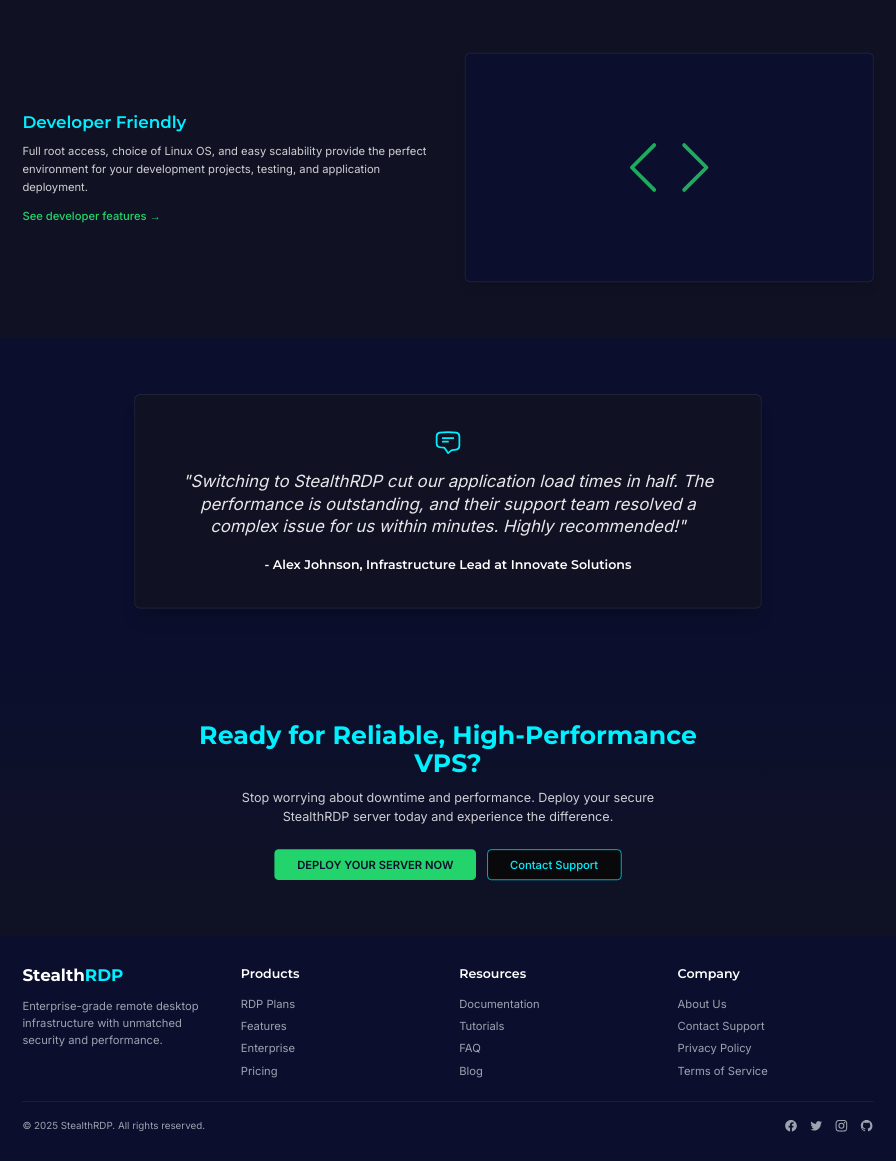
Repository: Husnainn01/stealthrdp2
Page: /
The author's editor kept a copy of each file at every save. The page is drawn from the files as they stood at one save, then again after the next save.
The browser window is 1280 px wide. The pictures show the part of the page from y = 2946 to 4866 px (the page is 4604 px tall before and 4866 px after), at 70% of full size.
The project was rebuilt for these pictures with package versions that can differ from the ones it lists, and the page was loaded fresh each time. Also part of the build but not shown: vite.config.ts, src/components/ui/tooltip.tsx, src/components/ui/accordion.tsx, src/pages/FAQ.tsx, src/components/ui/card.tsx, src/components/ui/tabs.tsx, src/pages/Plans.tsx, src/pages/Features.tsx and 1 more.

Above is the page before, as saved 2025-05-05 23:28:21.

### index.html
<!DOCTYPE html>
<html lang="en">
  <head>
    <meta charset="UTF-8" />
    <meta name="viewport" content="width=device-width, initial-scale=1.0" />
    <title>stealth-digital-revamp</title>
    <meta name="description" content="Lovable Generated Project" />
    <meta name="author" content="Lovable" />

    <meta property="og:title" content="stealth-digital-revamp" />
    <meta property="og:description" content="Lovable Generated Project" />
    <meta property="og:type" content="website" />
    <meta property="og:image" content="https://lovable.dev/opengraph-image-p98pqg.png" />

    <meta name="twitter:card" content="summary_large_image" />
    <meta name="twitter:site" content="@lovable_dev" />
    <meta name="twitter:image" content="https://lovable.dev/opengraph-image-p98pqg.png" />
  </head>

  <body>
    <div id="root"></div>
    <!-- IMPORTANT: DO NOT REMOVE THIS SCRIPT TAG OR THIS VERY COMMENT! -->
    <script src="https://cdn.gpteng.co/gptengineer.js" type="module"></script>
    <script type="module" src="/src/main.tsx"></script>

    <!--Start of Tawk.to Script-->
    <script type="text/javascript">
    var Tawk_API=Tawk_API||{}, Tawk_LoadStart=new Date();
    (function(){
    var s1=document.createElement("script"),s0=document.getElementsByTagName("script")[0];
    s1.async=true;
    s1.src='https://embed.tawk.to/67aadec4825083258e1318e0/1ijpnccj4';
    s1.charset='UTF-8';
    s1.setAttribute('crossorigin','*');
    s0.parentNode.insertBefore(s1,s0);
    })();
    </script>
    <!--End of Tawk.to Script-->
  </body>
</html>

### src/components/ScrollToTop.tsx
import { useEffect } from 'react';
import { useLocation } from 'react-router-dom';

// This component scrolls to the top of the page when the route changes
const ScrollToTop = () => {
  const { pathname } = useLocation();

  useEffect(() => {
    // Scroll to top with smooth behavior
    window.scrollTo({
      top: 0,
      left: 0,
      behavior: 'smooth'
    });
  }, [pathname]);

  return null; // This component doesn't render anything
};

export default ScrollToTop;

### src/pages/Index.tsx
import React from 'react';
import { Link } from 'react-router-dom';
import Layout from '@/components/Layout';
import { Button } from '@/components/ui/button';
import { Check, Zap, ShieldCheck, Clock, Users, Code } from 'lucide-react';

const Index = () => {
  return (
    <Layout>
      {/* 1. Hero Section */}
      <section className="pt-24 pb-16 md:pt-32 md:pb-24 relative overflow-hidden bg-gradient-to-b from-charcoal to-midnight">
        <div className="absolute inset-0 z-0 opacity-30 bg-[radial-gradient(#22D46B1A_1px,transparent_1px)] [background-size:24px_24px]"></div>
        <div className="container relative z-10">
          <div className="max-w-4xl mx-auto text-center">
            <h1 className="text-4xl md:text-5xl lg:text-6xl font-bold font-montserrat mb-6 text-electric fade-in">
              Blazing-Fast & Secure VPS Hosting
            </h1>
            <p className="text-white/80 text-lg md:text-xl mb-8 fade-in" style={{ animationDelay: '0.2s' }}>
              Instant deployment, NVMe SSD speed, robust DDoS protection, 99.9% uptime guarantee, and expert 24/7 support.
            </p>
            <div className="flex flex-col sm:flex-row justify-center gap-4 mb-6 fade-in" style={{ animationDelay: '0.4s' }}>
              <Button asChild size="lg" className="bg-cyber text-midnight hover:bg-cyber/90 font-bold uppercase text-base px-8 py-3">
                <Link to="/plans">Deploy Your Server Now</Link>
              </Button>
              <Button asChild variant="outline" size="lg" className="border-electric text-electric hover:bg-electric/10 text-base px-8 py-3">
                <Link to="/plans">View Plans & Pricing</Link>
              </Button>
            </div>
            {/* Trust Signals */}
            <div className="flex flex-wrap justify-center items-center gap-x-4 gap-y-2 md:gap-x-6 text-white/60 text-sm fade-in" style={{ animationDelay: '0.6s' }}>
              <span className="flex items-center gap-1.5 whitespace-nowrap"><Check size={16} /> Instant Setup</span>
              <span className="flex items-center gap-1.5 whitespace-nowrap"><ShieldCheck size={16} /> 99.9% Uptime</span>
              <span className="flex items-center gap-1.5 whitespace-nowrap"><Users size={16} /> 24/7 Support</span>
            </div>
          </div>
        </div>
      </section>

      {/* 2. Trust/Client Logo Bar */}
      <section className="py-8 bg-midnight">
        <div className="container">
          <p className="text-center text-white/50 text-sm font-montserrat uppercase tracking-wider mb-6">Powering Businesses Worldwide</p>
          <div className="grid grid-cols-3 md:grid-cols-6 gap-8 items-center max-w-4xl mx-auto">
            {[1, 2, 3, 4, 5, 6].map((i) => (
              <div key={i} className="flex justify-center">
                <span className="font-montserrat text-white/50 text-sm md:text-base opacity-70 hover:opacity-100 transition-opacity">
                  Client {i}
                </span>
              </div>
            ))}
          </div>
        </div>
      </section>

      {/* 3. Key Differentiators/Why Us? */}
      <section className="bg-charcoal py-16 md:py-20">
        <div className="container">
          <h2 className="text-3xl md:text-4xl font-bold font-montserrat text-center mb-12 text-white">
            Why Choose StealthRDP?
          </h2>
          <div className="grid grid-cols-1 md:grid-cols-2 lg:grid-cols-4 gap-8">
            {/* Feature 1: Performance */}
            <div className="text-center p-6 rounded-lg bg-midnight/50 border border-white/10 card-hover">
              <Zap className="h-10 w-10 text-cyber mx-auto mb-4" strokeWidth={1.5} />
              <h3 className="text-xl font-semibold font-montserrat text-white mb-2">Unmatched Performance</h3>
              <p className="text-white/70 text-sm leading-relaxed">
                Experience lightning-fast speeds with our NVMe SSDs and high-performance CPU cores, optimized for demanding workloads.
              </p>
            </div>
            {/* Feature 2: Security */}
            <div className="text-center p-6 rounded-lg bg-midnight/50 border border-white/10 card-hover">
              <ShieldCheck className="h-10 w-10 text-electric mx-auto mb-4" strokeWidth={1.5} />
              <h3 className="text-xl font-semibold font-montserrat text-white mb-2">Rock-Solid Security</h3>
              <p className="text-white/70 text-sm leading-relaxed">
                Benefit from robust DDoS protection, secure network infrastructure, and proactive monitoring to keep your data safe.
              </p>
            </div>
            {/* Feature 3: Deployment */}
            <div className="text-center p-6 rounded-lg bg-midnight/50 border border-white/10 card-hover">
              <Clock className="h-10 w-10 text-cyber mx-auto mb-4" strokeWidth={1.5} />
              <h3 className="text-xl font-semibold font-montserrat text-white mb-2">Instant Deployment</h3>
              <p className="text-white/70 text-sm leading-relaxed">
                Get your VPS server up and running in minutes after checkout. No waiting, just immediate access.
              </p>
            </div>
            {/* Feature 4: Support */}
            <div className="text-center p-6 rounded-lg bg-midnight/50 border border-white/10 card-hover">
              <Users className="h-10 w-10 text-electric mx-auto mb-4" strokeWidth={1.5} />
              <h3 className="text-xl font-semibold font-montserrat text-white mb-2">Expert Support</h3>
              <p className="text-white/70 text-sm leading-relaxed">
                Our knowledgeable support team is available 24/7 via ticket or chat to assist with any issues or questions.
              </p>
            </div>
          </div>
        </div>
      </section>

      {/* 4. Simplified Plans Preview */}
      <section className="py-16 md:py-20 bg-midnight">
        <div className="container">
          <div className="text-center mb-12">
            <h2 className="text-3xl md:text-4xl font-bold font-montserrat mb-4 text-white">
              Find Your Perfect VPS Plan
            </h2>
            <p className="text-white/80 max-w-2xl mx-auto">
              Simple, powerful plans designed for performance and reliability. All include DDoS protection & 24/7 support.
            </p>
          </div>

          <div className="grid grid-cols-1 md:grid-cols-3 gap-8 max-w-6xl mx-auto">
            {/* Plan 1: Bronze */}
            <div className="bg-midnight border border-white/10 rounded-xl overflow-hidden card-hover flex flex-col">
              <div className="p-6 flex-grow">
                <h3 className="text-xl font-bold font-montserrat text-white mb-1">Bronze</h3>
                <p className="text-white/70 text-sm mb-4">Great for small projects & testing</p>
                <div className="flex items-baseline mb-4">
                  <span className="text-4xl font-bold text-white">$15</span>
                  <span className="text-white/60 ml-1 text-sm">/month</span>
                </div>
                <ul className="space-y-3 mb-6 text-sm">
                  <li className="flex items-center gap-2"><Check className="h-4 w-4 text-cyber flex-shrink-0" /><span className="text-white/80">2 vCPU Cores</span></li>
                  <li className="flex items-center gap-2"><Check className="h-4 w-4 text-cyber flex-shrink-0" /><span className="text-white/80">4GB RAM</span></li>
                  <li className="flex items-center gap-2"><Check className="h-4 w-4 text-cyber flex-shrink-0" /><span className="text-white/80">80GB NVMe SSD</span></li>
                  <li className="flex items-center gap-2"><Check className="h-4 w-4 text-cyber flex-shrink-0" /><span className="text-white/80">Unlimited Bandwidth</span></li>
                </ul>
              </div>
              <div className="p-6 pt-0">
                 <Button asChild className="w-full border border-electric text-electric hover:bg-electric/10 transition-colors">
                   <Link to="/plans?plan=bronze">Choose Bronze</Link>
                 </Button>
              </div>
            </div>

            {/* Plan 2: Silver (Popular) */}
            <div className="bg-midnight border-2 border-electric rounded-xl overflow-hidden relative card-hover shadow-lg shadow-electric/20 flex flex-col scale-[1.02]">
              <div className="absolute top-0 right-0 bg-electric text-midnight px-3 py-1 text-xs font-bold font-montserrat rounded-bl-lg z-10">
                POPULAR
              </div>
              <div className="p-6 flex-grow">
                <h3 className="text-xl font-bold font-montserrat text-white mb-1">Silver</h3>
                <p className="text-white/70 text-sm mb-4">Perfect balance for growing sites</p>
                <div className="flex items-baseline mb-4">
                  <span className="text-4xl font-bold text-white">$30</span>
                  <span className="text-white/60 ml-1 text-sm">/month</span>
                </div>
                <ul className="space-y-3 mb-6 text-sm">
                  <li className="flex items-center gap-2"><Check className="h-4 w-4 text-cyber flex-shrink-0" /><span className="text-white/80">4 vCPU Cores</span></li>
                  <li className="flex items-center gap-2"><Check className="h-4 w-4 text-cyber flex-shrink-0" /><span className="text-white/80">8GB RAM</span></li>
                  <li className="flex items-center gap-2"><Check className="h-4 w-4 text-cyber flex-shrink-0" /><span className="text-white/80">120GB NVMe SSD</span></li>
                  <li className="flex items-center gap-2"><Check className="h-4 w-4 text-cyber flex-shrink-0" /><span className="text-white/80">Unlimited Bandwidth</span></li>
                  <li className="flex items-center gap-2"><Check className="h-4 w-4 text-cyber flex-shrink-0" /><span className="text-white/80">Priority Support</span></li>
                </ul>
              </div>
              <div className="p-6 pt-0">
                 <Button asChild className="w-full btn-electric">
                   <Link to="/plans?plan=silver">Choose Silver</Link>
                 </Button>
              </div>
            </div>

            {/* Plan 3: Gold */}
            <div className="bg-midnight border border-white/10 rounded-xl overflow-hidden card-hover flex flex-col">
              <div className="p-6 flex-grow">
                <h3 className="text-xl font-bold font-montserrat text-white mb-1">Gold</h3>
                <p className="text-white/70 text-sm mb-4">Powerhouse for demanding apps</p>
                <div className="flex items-baseline mb-4">
                  <span className="text-4xl font-bold text-white">$50</span>
                  <span className="text-white/60 ml-1 text-sm">/month</span>
                </div>
                <ul className="space-y-3 mb-6 text-sm">
                  <li className="flex items-center gap-2"><Check className="h-4 w-4 text-cyber flex-shrink-0" /><span className="text-white/80">8 vCPU Cores</span></li>
                  <li className="flex items-center gap-2"><Check className="h-4 w-4 text-cyber flex-shrink-0" /><span className="text-white/80">16GB RAM</span></li>
                  <li className="flex items-center gap-2"><Check className="h-4 w-4 text-cyber flex-shrink-0" /><span className="text-white/80">250GB NVMe SSD</span></li>
                  <li className="flex items-center gap-2"><Check className="h-4 w-4 text-cyber flex-shrink-0" /><span className="text-white/80">Unlimited Bandwidth</span></li>
                  <li className="flex items-center gap-2"><Check className="h-4 w-4 text-cyber flex-shrink-0" /><span className="text-white/80">Premium Support</span></li>
                </ul>
              </div>
              <div className="p-6 pt-0">
                 <Button asChild className="w-full border border-electric text-electric hover:bg-electric/10 transition-colors">
                   <Link to="/plans?plan=gold">Choose Gold</Link>
                 </Button>
              </div>
            </div>
          </div>

          <div className="text-center mt-12">
            <Link to="/plans" className="text-electric hover:underline font-semibold">
              Compare All Plans & Features →
            </Link>
          </div>
        </div>
      </section>

      {/* NEW: Detailed Features / Use Cases Section */}
      <section className="py-16 md:py-20 bg-charcoal">
        <div className="container">
          <h2 className="text-3xl md:text-4xl font-bold font-montserrat text-center mb-12 text-white">
            Engineered for Your Needs
          </h2>

          {/* Feature Row 1: Performance */}
          <div className="grid grid-cols-1 md:grid-cols-2 gap-12 items-center mb-16 md:mb-24">
            <div className="md:order-2 flex justify-center items-center p-8 bg-midnight rounded-lg aspect-video border border-white/10 shadow-lg">
              <Zap className="h-24 w-24 md:h-32 md:w-32 text-cyber opacity-80" strokeWidth={1} />
            </div>
            <div className="md:order-1">
              <h3 className="text-2xl font-semibold font-montserrat text-electric mb-3">NVMe Powered Speed</h3>
              <p className="text-white/80 leading-relaxed mb-4">
                Experience significantly faster load times and data access with our pure NVMe SSD storage, crucial for databases, applications, and busy websites.
              </p>
              <Link to="/features#performance" className="text-cyber font-medium hover:underline">Learn more about performance →</Link>
            </div>
          </div>

          {/* Feature Row 2: Security */}
          <div className="grid grid-cols-1 md:grid-cols-2 gap-12 items-center">
            <div className="flex justify-center items-center p-8 bg-midnight rounded-lg aspect-video border border-white/10 shadow-lg">
              <ShieldCheck className="h-24 w-24 md:h-32 md:w-32 text-electric opacity-80" strokeWidth={1} />
            </div>
            <div>
              <h3 className="text-2xl font-semibold font-montserrat text-electric mb-3">Advanced DDoS Mitigation</h3>
              <p className="text-white/80 leading-relaxed mb-4">
                Our multi-layered DDoS protection safeguards your server from attacks, ensuring high availability and uninterrupted service for your critical applications.
              </p>
              <Link to="/features#security" className="text-cyber font-medium hover:underline">Explore security features →</Link>
            </div>
          </div>

          {/* NEW Feature Row 3: Developer Focus */}
          <div className="grid grid-cols-1 md:grid-cols-2 gap-12 items-center mt-16 md:mt-24">
             <div className="md:order-2 flex justify-center items-center p-8 bg-midnight rounded-lg aspect-video border border-white/10 shadow-lg">
               <Code size={16} className="h-24 w-24 md:h-32 md:w-32 text-cyber opacity-80" strokeWidth={1} />
             </div>
             <div className="md:order-1">
               <h3 className="text-2xl font-semibold font-montserrat text-electric mb-3">Developer Friendly</h3>
               <p className="text-white/80 leading-relaxed mb-4">
                 Full root access, choice of Linux OS, and easy scalability provide the perfect environment for your development projects, testing, and application deployment.
               </p>
               <Link to="/features#developer" className="text-cyber font-medium hover:underline">See developer features →</Link>
             </div>
           </div>

        </div>
      </section>

      {/* 5. Social Proof (Testimonial) */}
      <section className="py-16 md:py-20 bg-midnight">
         <div className="container">
           <div className="bg-charcoal rounded-lg p-8 md:p-12 max-w-4xl mx-auto text-center shadow-xl border border-white/10">
             <svg xmlns="http://www.w3.org/2000/svg" className="h-10 w-10 text-electric mx-auto mb-5" fill="none" viewBox="0 0 24 24" stroke="currentColor" strokeWidth={1.5}>
               <path strokeLinecap="round" strokeLinejoin="round" d="M7.5 8.25h9m-9 3H12m-9.75 1.51c0 1.6 1.123 2.994 2.707 3.227 1.129.166 2.27.293 3.423.379.35.026.67.21.865.501L12 21l2.755-2.13a1.14 1.14 0 01.865-.501 48.172 48.172 0 003.423-.379c1.584-.233 2.707-1.626 2.707-3.228V6.741c0-1.602-1.123-2.995-2.707-3.228A48.394 48.394 0 0012 3c-2.392 0-4.744.175-7.043.513C3.373 3.746 2.25 5.14 2.25 6.741v6.018z" />
             </svg>
             <p className="text-xl md:text-2xl text-white/90 italic leading-relaxed mb-6">
               "Switching to StealthRDP cut our application load times in half. The performance is outstanding, and their support team resolved a complex issue for us within minutes. Highly recommended!"
             </p>
             <p className="font-semibold text-white font-montserrat text-lg">
               - Alex Johnson, Infrastructure Lead at Innovate Solutions
             </p>
           </div>
         </div>
       </section>

      {/* 7. Final Call to Action */}
      <section className="py-16 md:py-20 bg-gradient-to-t from-charcoal to-midnight">
        <div className="container">
          <div className="max-w-3xl mx-auto text-center">
            <h2 className="text-3xl md:text-4xl font-bold font-montserrat mb-4 text-electric">
              Ready for Reliable, High-Performance VPS?
            </h2>
            <p className="text-white/80 text-lg mb-8 max-w-2xl mx-auto">
              Stop worrying about downtime and performance. Deploy your secure StealthRDP server today and experience the difference.
            </p>
            <div className="flex flex-col sm:flex-row justify-center gap-4">
              <Button asChild size="lg" className="bg-cyber text-midnight hover:bg-cyber/90 font-bold uppercase text-base px-8 py-3">
                <Link to="/plans">Deploy Your Server Now</Link>
              </Button>
              <Button asChild variant="outline" size="lg" className="border-electric text-electric hover:bg-electric/10 text-base px-8 py-3">
                 <a href="https://stealthrdp.com/dash/submitticket.php" target="_blank" rel="noopener noreferrer">Contact Support</a>
              </Button>
            </div>
          </div>
        </div>
      </section>
    </Layout>
  );
};

export default Index;

### src/components/Layout.tsx

import React from 'react';
import Navbar from './Navbar';
import Footer from './Footer';

interface LayoutProps {
  children: React.ReactNode;
}

const Layout: React.FC<LayoutProps> = ({ children }) => {
  return (
    <div className="flex flex-col min-h-screen">
      <Navbar />
      <main className="flex-grow">{children}</main>
      <Footer />
    </div>
  );
};

export default Layout;

### src/components/ui/button.tsx
import * as React from "react"
import { Slot } from "@radix-ui/react-slot"
import { cn } from "@/lib/utils"
import { buttonVariants, type ButtonProps } from "@/lib/ui-utils/button-variants"

const Button = React.forwardRef<HTMLButtonElement, ButtonProps>(
  ({ className, variant, size, asChild = false, ...props }, ref) => {
    const Comp = asChild ? Slot : "button"
    return (
      <Comp
        className={cn(buttonVariants({ variant, size, className }))}
        ref={ref}
        {...props}
      />
    )
  }
)
Button.displayName = "Button"

export { Button }

Loaded but not shown: src/main.tsx (common file); src/hooks/use-toast.ts (common file); src/lib/utils.ts (common file); src/components/Footer.tsx (83 lines, source omitted); src/components/ui/toast.tsx (127 lines, source omitted); src/components/Navbar.tsx (133 lines, source omitted); tailwind.config.ts (110 lines, source omitted); src/index.css (70 lines, source omitted); src/lib/ui-utils/button-variants.ts (36 lines, source omitted); src/App.tsx (35 lines, source omitted); src/components/ui/sonner.tsx (29 lines, source omitted); src/components/ui/toaster.tsx (33 lines, source omitted)

After the next save:
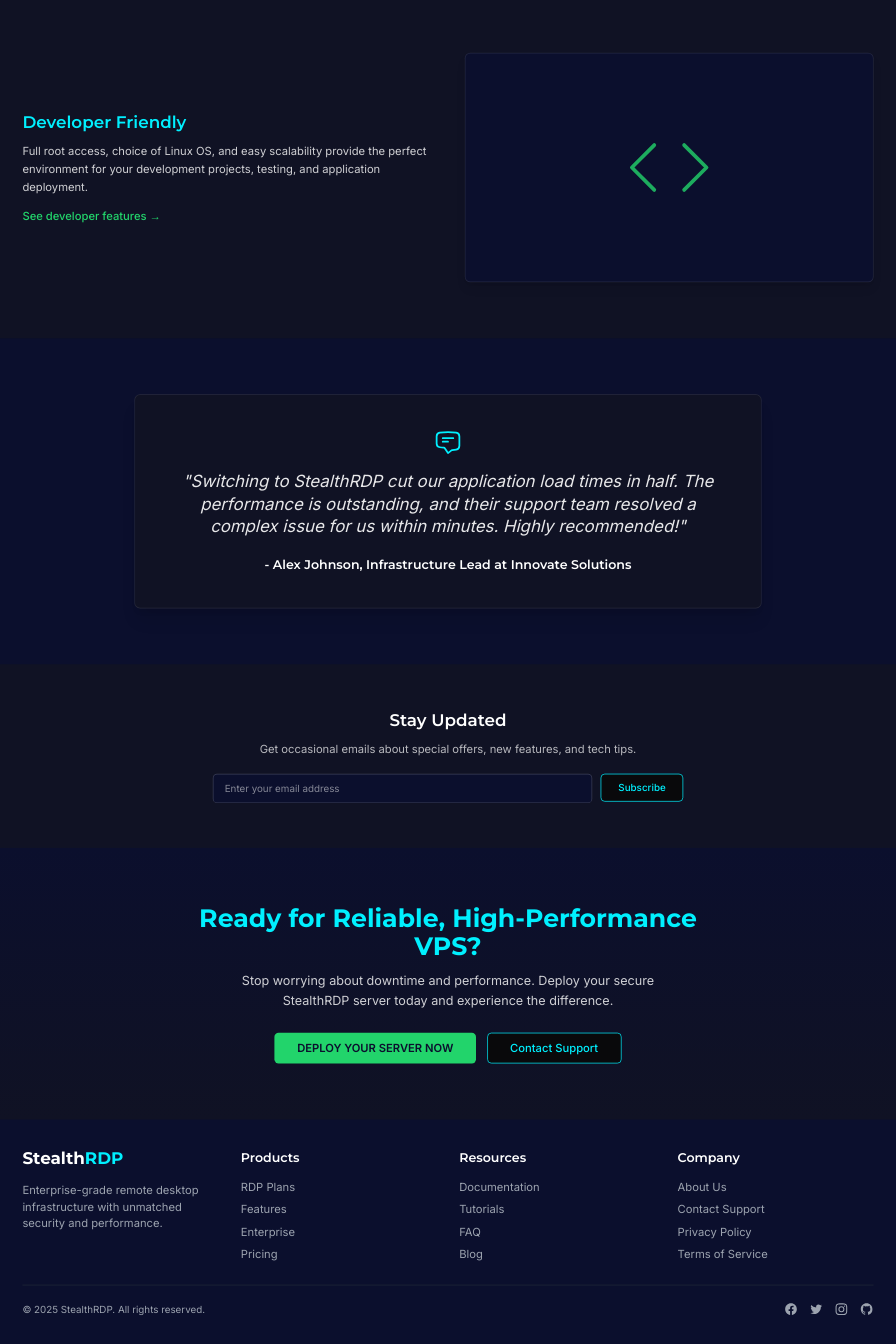
Saved 18 s later.
--- a/src/pages/Index.tsx
+++ b/src/pages/Index.tsx
@@ -260,7 +260,28 @@
          </div>
        </section>
 
-      {/* 7. Final Call to Action */}
+      {/* NEW: Newsletter Signup Section */}
+      <section className="py-16 bg-charcoal">
+        <div className="container">
+          <div className="max-w-2xl mx-auto text-center">
+            <h2 className="text-2xl font-semibold font-montserrat text-white mb-3">Stay Updated</h2>
+            <p className="text-white/70 mb-6">Get occasional emails about special offers, new features, and tech tips.</p>
+            <form className="flex flex-col sm:flex-row gap-3 justify-center" onSubmit={(e) => e.preventDefault()}>
+              <input
+                type="email"
+                placeholder="Enter your email address"
+                className="flex-grow px-4 py-2.5 rounded-md bg-midnight border border-white/20 text-white placeholder:text-white/50 focus:border-electric focus:ring-electric focus:outline-none text-sm"
+                required
+              />
+              <Button type="submit" variant="outline" className="border-electric text-electric hover:bg-electric/10 px-6 py-2.5 text-sm">
+                Subscribe
+              </Button>
+            </form>
+          </div>
+        </div>
+      </section>
+
+      {/* 7. Final Call to Action - Renumbered to 8 */}
       <section className="py-16 md:py-20 bg-gradient-to-t from-charcoal to-midnight">
         <div className="container">
           <div className="max-w-3xl mx-auto text-center">
